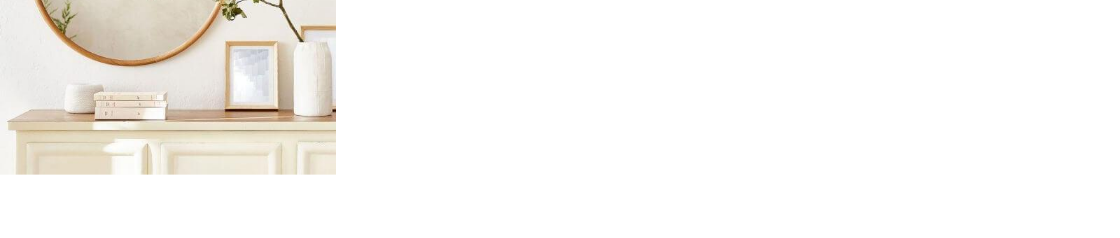
Repository: tudo1611/BC44_HTML5-CSS3_B6_MAIPALY_DO-TRUNG-TU
Page: index.html
An editor plug-in stored every save of this project. The page is shown before and after a run of saves, followed by the edit.
The browser window is 1280 px wide. The page is 1600 px wide, so the pictures cover 1600 px, including what lies to the right of the window. The pictures show the part of the page from y = 3129 to 4689 px (the page is 3469 px tall before and 7317 px after), at 70% of full size.
Some web fonts or font styles are not loaded; a fallback is used.

Above is the page before, as saved 2023-01-26 22:14:22.

After the next 2 saves:
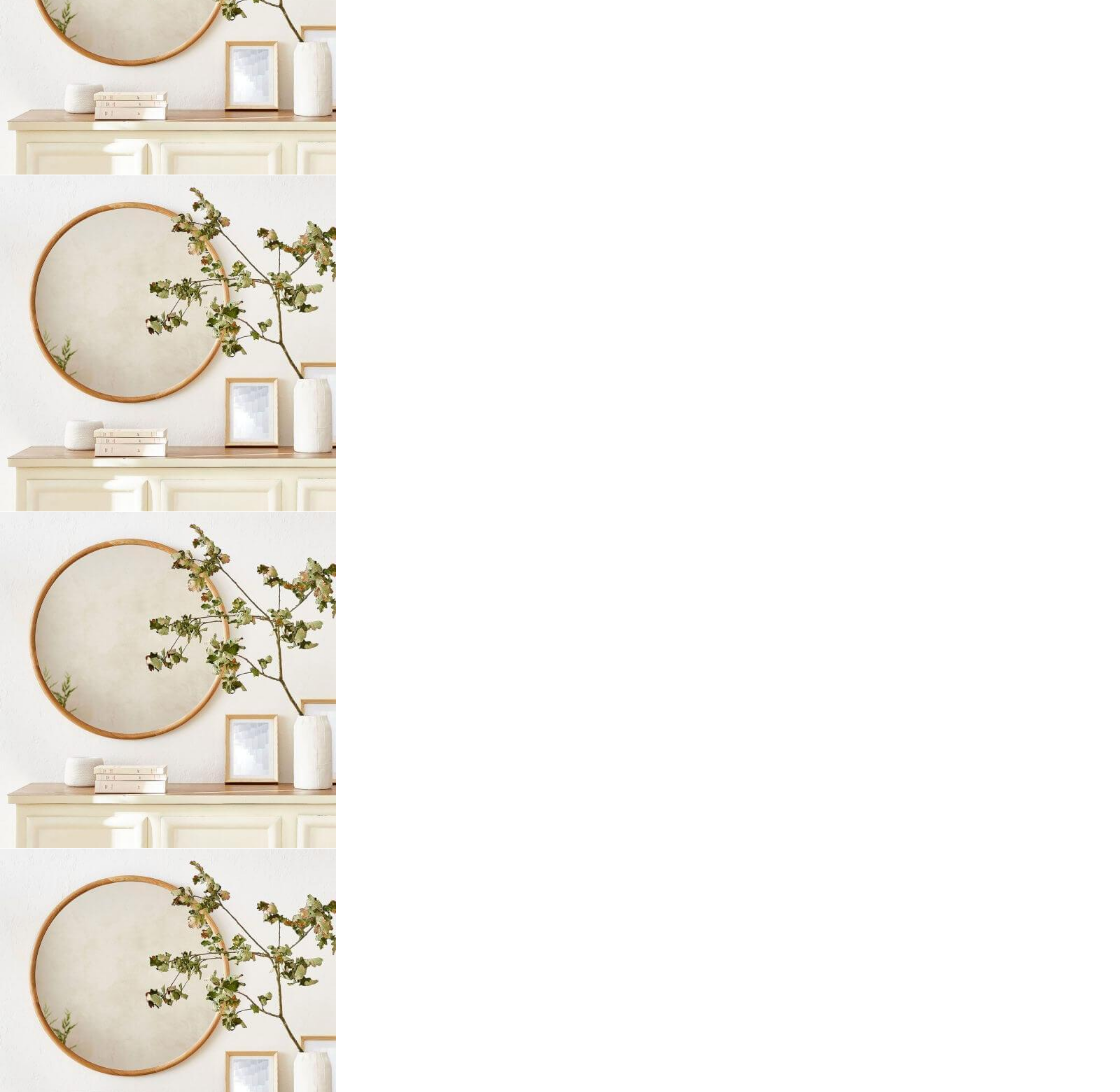
The 2 saves are shown as one change because they came seconds apart.
The last was saved 12 s later.
--- a/index.html
+++ b/index.html
@@ -124,6 +124,30 @@
        <div class="blogs__item">
         <img src="./img/grid-metro-2.jpg" alt="">
       </div>
+       <div class="blogs__item">
+        <img src="./img/grid-metro-2.jpg" alt="">
+      </div>
+       <div class="blogs__item">
+        <img src="./img/grid-metro-2.jpg" alt="">
+      </div>
+       <div class="blogs__item">
+        <img src="./img/grid-metro-2.jpg" alt="">
+      </div>
+       <div class="blogs__item">
+        <img src="./img/grid-metro-2.jpg" alt="">
+      </div>
+       <div class="blogs__item">
+        <img src="./img/grid-metro-2.jpg" alt="">
+      </div>
+       <div class="blogs__item">
+        <img src="./img/grid-metro-2.jpg" alt="">
+      </div>
+       <div class="blogs__item">
+        <img src="./img/grid-metro-2.jpg" alt="">
+      </div>
+       <div class="blogs__item">
+        <img src="./img/grid-metro-2.jpg" alt="">
+      </div>
     </div>
   </section>
   <section class="number"></section>
